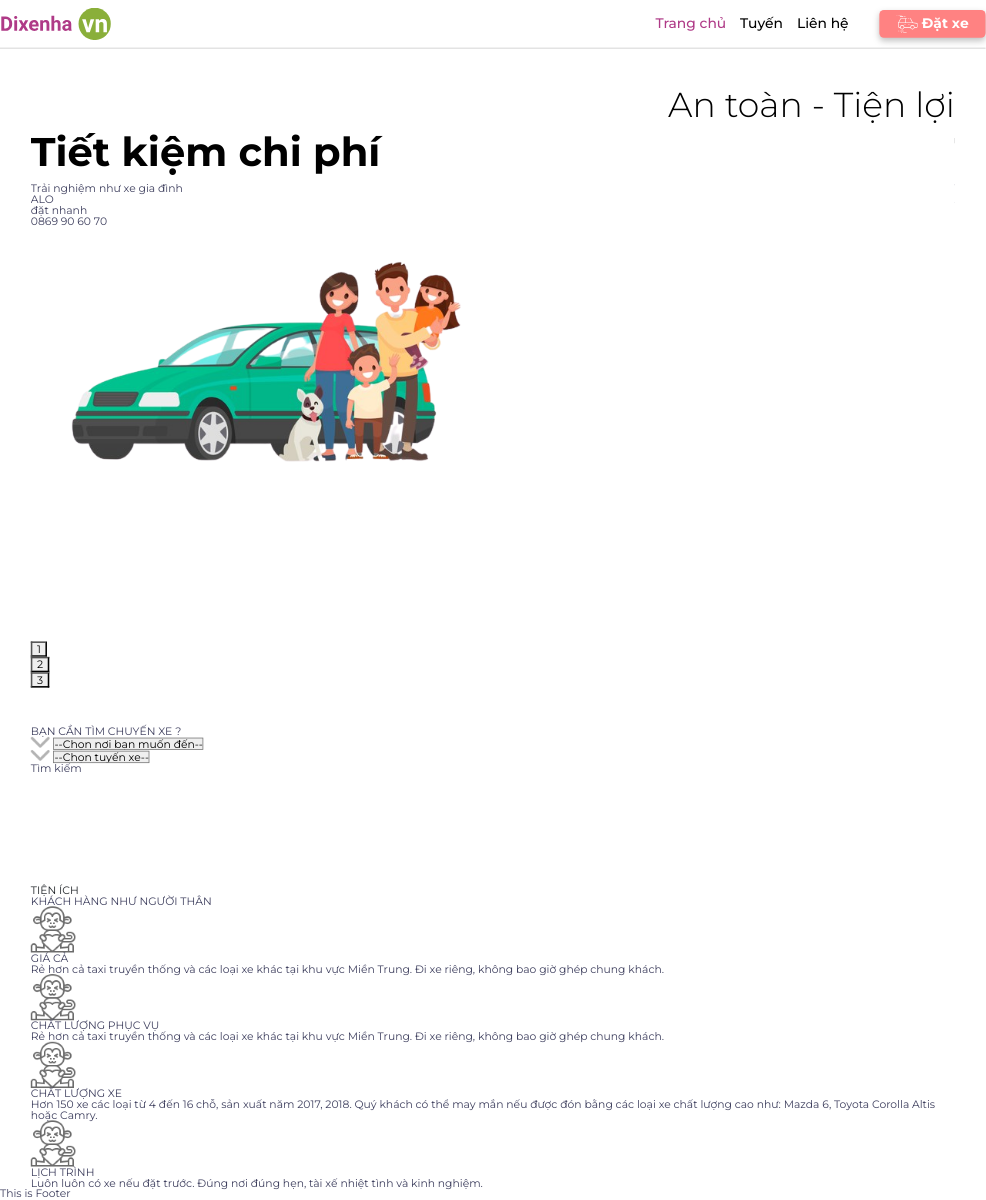
Repository: thanhthien0706/last_project--fe004
Page: lastProductF004/dist/index.html
These files come from the project's save history. The page is drawn as it stood at one moment and after the next save; the edit follows.
The browser window is 1280 px wide. The pictures show the whole page, at 77% of full size.
Some web libraries are served in a nearby version. The style sheet was rebuilt from its Sass, Less or Tailwind sources for each picture, by a compiler version that may differ from the author's.

Above is the page before, as saved 2021-09-16 19:27:27.

After the next save:
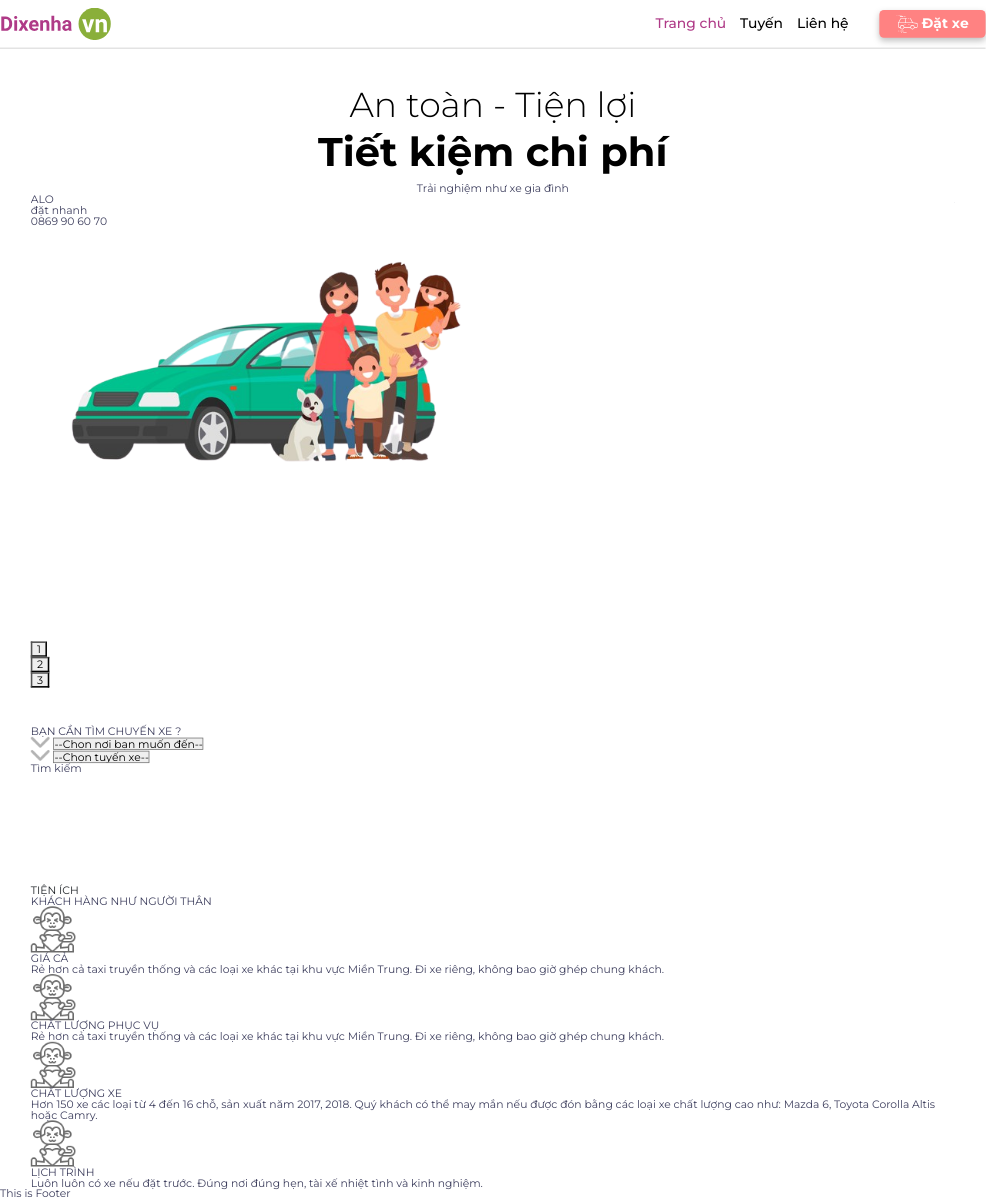
Saved 25 s later.
--- a/lastProductF004/src/styles/pages/_homepage.scss
+++ b/lastProductF004/src/styles/pages/_homepage.scss
@@ -15,12 +15,16 @@ html {
     .box_main_slide{
         .box_content_slide{
             .box_slogan{
+                display: flex;
+                flex-direction: column;
+                justify-content: center;
+                align-items: center;
                 .slogan_1{
                     @include font_size(45);
                     font-weight: 300;
                     color: #000;
                     margin-bottom: 14px;
-                    text-align: end;
+                    text-align: end ;
                 }
                 .slogan_2{
                     @include font_size(52);
